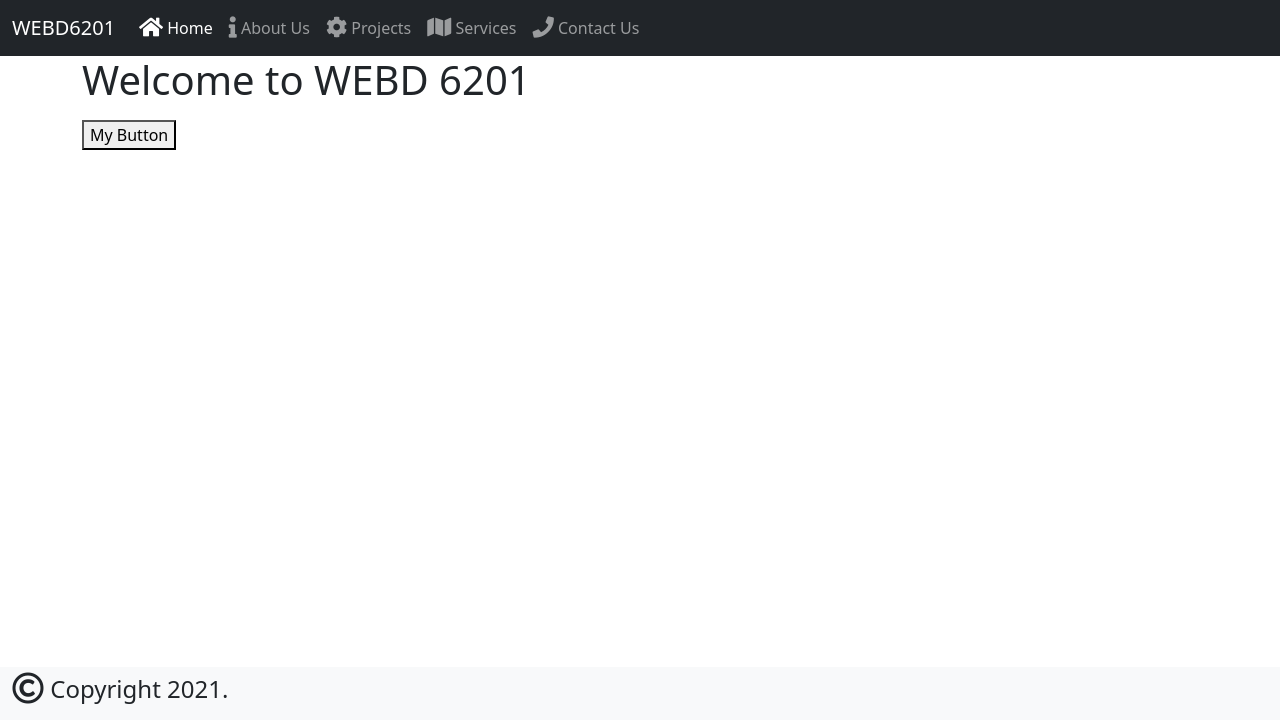
Repository: vans12345678/WEBD6201-W2021-ICE3b
Page: index.html
These files come from the project's save history. The page is drawn as it stood at one moment and after the next save; the edit follows.
The browser window is 1280 px wide. The pictures show the whole page.

Above is the page before, as saved 2021-02-03 09:31:44.
Console error: TypeError: h1.querySelectorAll is not a function

After the next save:
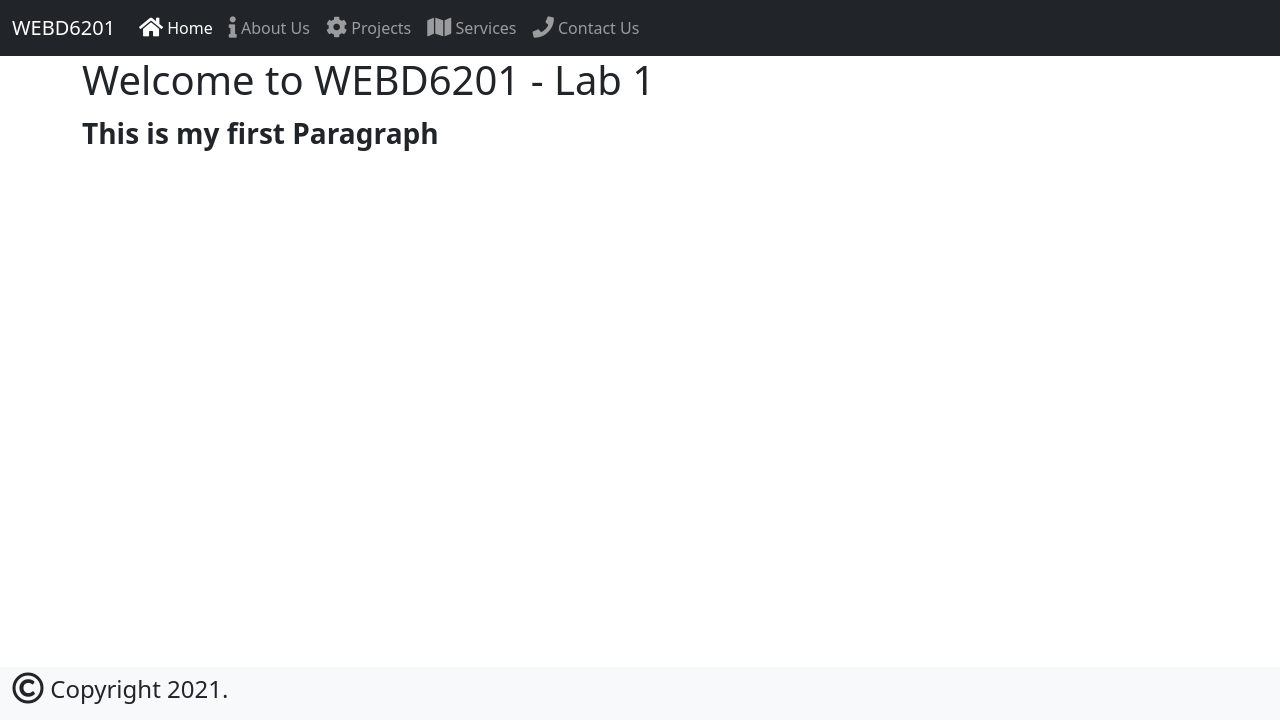
The error is gone.
Saved 22 s later.
--- a/Scripts/app.js
+++ b/Scripts/app.js
@@ -19,9 +19,9 @@
       let h1 = $("main>h1").on("mouseover", function(){
         console.log("mouse over h1");
       });
-      h1.querySelectorAll("button")[0];
+      let myButton = document.querySelectorAll("button")[0];
 
-      h1.addEventListener("click", function()
+      myButton.addEventListener("click", function()
       {
         console.log("clicked h1");
       })
